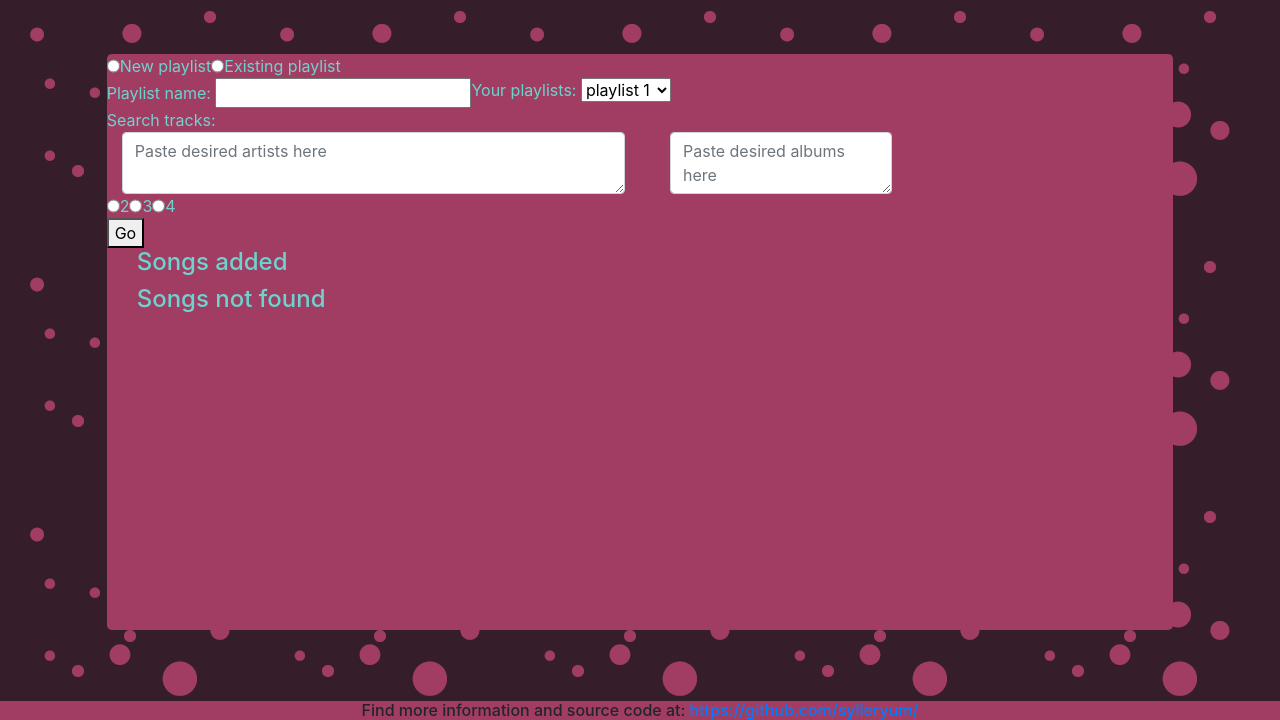
Repository: sylleryum/Frontend
Page: GetTopTracks/index.html
The author's editor kept a copy of each file at every save. The page is drawn from the files as they stood at one save, then again after a run of saves.
The browser window is 1280 px wide. The pictures show the whole page.

Above is the page before, as saved 2019-10-13 16:13:03.

After the next 2 saves:
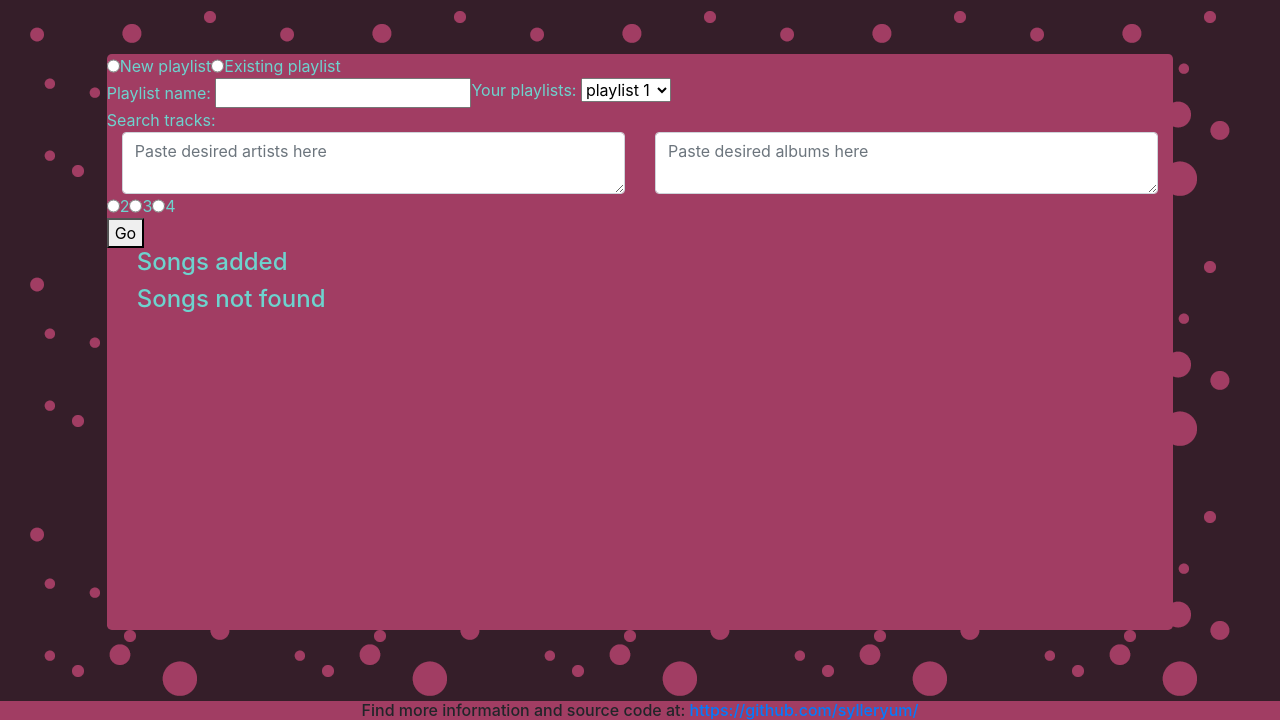
The 2 saves are shown as one change because they came seconds apart.
The last was saved 57 s later.
--- a/GetTopTracks/index.html
+++ b/GetTopTracks/index.html
@@ -50,14 +50,12 @@
                     </div>
                     <div class="row main-textarea">
                          <div class="col-6">
-                              <textarea class="textarea-search form-control md-textarea" id="searchNameArtist" name="searchNameArtist"
-                                   placeholder="Paste desired artists here"></textarea>
+                              <textarea class="textarea-search form-control md-textarea" id="searchNameArtist"
+                                   name="searchNameArtist" placeholder="Paste desired artists here"></textarea>
                          </div>
                          <div class="col-6">
-                              <div class="col-6">
-                                   <textarea class="textarea-search form-control md-textarea" id="searchNameAlbum" name="searchNameAlbum"
-                                        placeholder="Paste desired albums here"></textarea>
-                              </div>
+                              <textarea class="textarea-search form-control md-textarea" id="searchNameAlbum"
+                                   name="searchNameAlbum" placeholder="Paste desired albums here"></textarea>
                          </div>
                     </div>
                     <div class="row track-amount">
@@ -72,15 +70,15 @@
                     </div>
 
                     <div class="results-menu">
-                              <div class="success col-md-6">
-                                  <h4>Songs added</h4>
+                         <div class="success col-md-6">
+                              <h4>Songs added</h4>
 
-                              </div>
-                              <div class="failure col-md-6">
-                                  <h4>Songs not found</h4>
+                         </div>
+                         <div class="failure col-md-6">
+                              <h4>Songs not found</h4>
 
-                              </div>
-                          </div>
+                         </div>
+                    </div>
 
                </div>
 
